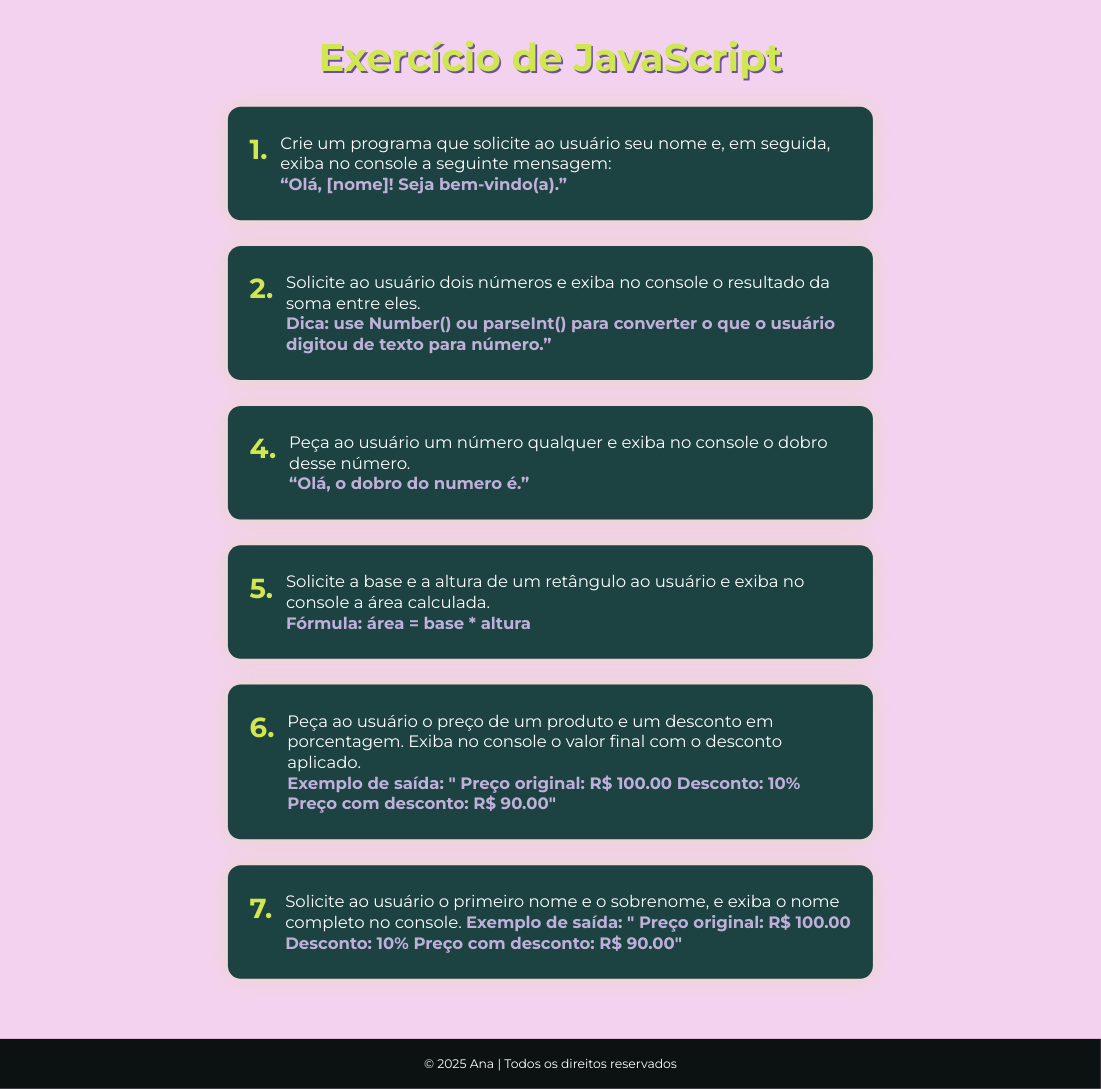
Repository: Anajaraa/atividadeJS
Page: index.html
An editor plug-in stored every save of this project. The page is shown before and after the next save, followed by the edit.
The browser window is 1280 px wide. The pictures show the whole page, at 86% of full size.
Some web fonts or font styles are not loaded; a fallback is used.

Above is the page before, as saved 2025-08-05 12:14:54.

### index.html
<!DOCTYPE html>
<html lang="pt-br">
<head>
  <meta charset="UTF-8" />
  <meta name="viewport" content="width=device-width, initial-scale=1.0" />
  <title>Exercícios de JavaScript</title>
  <link rel="stylesheet" href="style.css" />
</head>
<body>
    <main class="container">
    <h1>Exercício de JavaScript</h1>
    <section class="card">
      <p class="numero">1.</p>
      <p class="descricao">
        Crie um programa que solicite ao usuário seu nome e, em seguida, exiba no console a seguinte mensagem: <br>
        <strong>“Olá, [nome]! Seja bem-vindo(a).”</strong>
      </p>
    </section>
    <section class="card">
      <p class="numero">2.</p>
      <p class="descricao">
        Solicite ao usuário dois números e exiba no console o resultado da soma entre eles.
  <br>
        <strong>Dica: use Number() ou parseInt() para converter o que o usuário digitou de texto para número.”</strong>
      </p>
    </section>

     <section class="card">
      <p class="numero">4.</p>
      <p class="descricao">
        Peça ao usuário um número qualquer e exiba no console o dobro desse número.
  <br>
        <strong>“Olá, o dobro do numero é.”</strong>
      </p>
    </section>

     <section class="card">
      <p class="numero">5.</p>
      <p class="descricao">
        Solicite a base e a altura de um retângulo ao usuário e exiba no console a área calculada.
  <br>
        <strong>Fórmula: área = base * altura</strong>
      </p>
    </section>

     <section class="card">
      <p class="numero">6.</p>
      <p class="descricao">
        Peça ao usuário o preço de um produto e um desconto em porcentagem. Exiba no console o valor final com o desconto aplicado.
  <br>
        <strong>Exemplo de saída:
" Preço original: R$ 100.00
  Desconto: 10%
  Preço com desconto: R$ 90.00"</strong>
      </p>
    </section>

    <section class="card">
      <p class="numero">7.</p>
      <p class="descricao">
        Solicite ao usuário o primeiro nome e o sobrenome, e exiba o nome completo no console.
        <strong>Exemplo de saída:
" Preço original: R$ 100.00
  Desconto: 10%
  Preço com desconto: R$ 90.00"</strong>
      </p>
    </section>

  </main>

  <footer>
    © 2025 Ana | Todos os direitos reservados
  </footer>
</body>
<script src="script.js"></script>
</html>

### style.css

@import url('https://fonts.googleapis.com/css2?family=Montserrat:ital,wght@0,100..900;1,100..900&family=Sofia&display=swap');
/* Reset básico */
/* Reset */
* {
  margin: 0;
  padding: 0;
  box-sizing: border-box;
}

body {
  font-family: "Montserrat", sans-serif;
  background-color: #f3d2f0;
  color: #ffffff;
  display: flex;
  flex-direction: column;
  min-height: 100vh;
}

.container {
  flex: 1;
  display: flex;
  flex-direction: column;
  align-items: center;
  justify-content: center;
  padding: 40px 20px;
  text-align: center;
}

h1 {
  font-size: 2.8rem;
  margin-bottom: 30px;
  color: #d1e751;
  text-shadow: 2px 2px #6d51a0;
}

.card {
  background-color: #1d4242;
  padding: 30px 25px;
  border-radius: 15px;
  max-width: 750px;
  width: 90%;
  box-shadow: 0 0 25px rgba(209, 231, 81, 0.3);
  display: flex;
  gap: 15px;
  align-items: flex-start;
  margin-bottom: 30px; /* <<< AQUI ESTÁ A MÁGICA */
}

.numero {
  font-size: 2rem;
  color: #d1e751;
  font-weight: bold;
}

.descricao {
  font-size: 1.2rem;
  color: #ffffff;
  text-align: left;
}

.descricao strong {
  color: #bfb0da;
  font-weight: bold;
}

footer {
  text-align: center;
  padding: 20px;
  font-size: 0.9rem;
  background-color: #0c1111;
  color: #ffffff;
}

### script.js


//RESPOSTA Exercício 1
//const nome = prompt("Digite seu nome:");
//alert(`Olá, ${nome}! Seja bem-vindo(a).`);

//RESPOSTA Exercício 2
//const num1 = prompt("Digite um número:");
//const num2 = prompt("Digite outro número:");
//const soma = parseInt(num1) + parseInte(num2);
//alert(`A soma dos números é: ${soma}`);

//RESPOSTA Exercício 4
//onst num = prompt("Digite um número:");
//const doub = parseInt(num) * 2;
//alert(`O dobro do número é: ${doub}`);


//RESPOSTA Exercício 5

//const base =  prompt("Digite a base:");
//const altura = prompt("Digite a altura:");
//const area = parseFloat(base) * parseFloat(altura);
//console.log(`A área do retângulo é: ${area}`);

//RESPOSTA Exercício 6
// const preco = prompt("Digite o preço do produto:");
// const desconto = prompt("Digite o desconto em porcentagem:");
// const precoDesconto = parseFloat(preco) - (parseFloat(preco) * parseFloat(desconto) / 100);
// console.log(`O preço com desconto é: ${precoDesconto}`);

//RESPOSTA Exercício 7

After the next save:
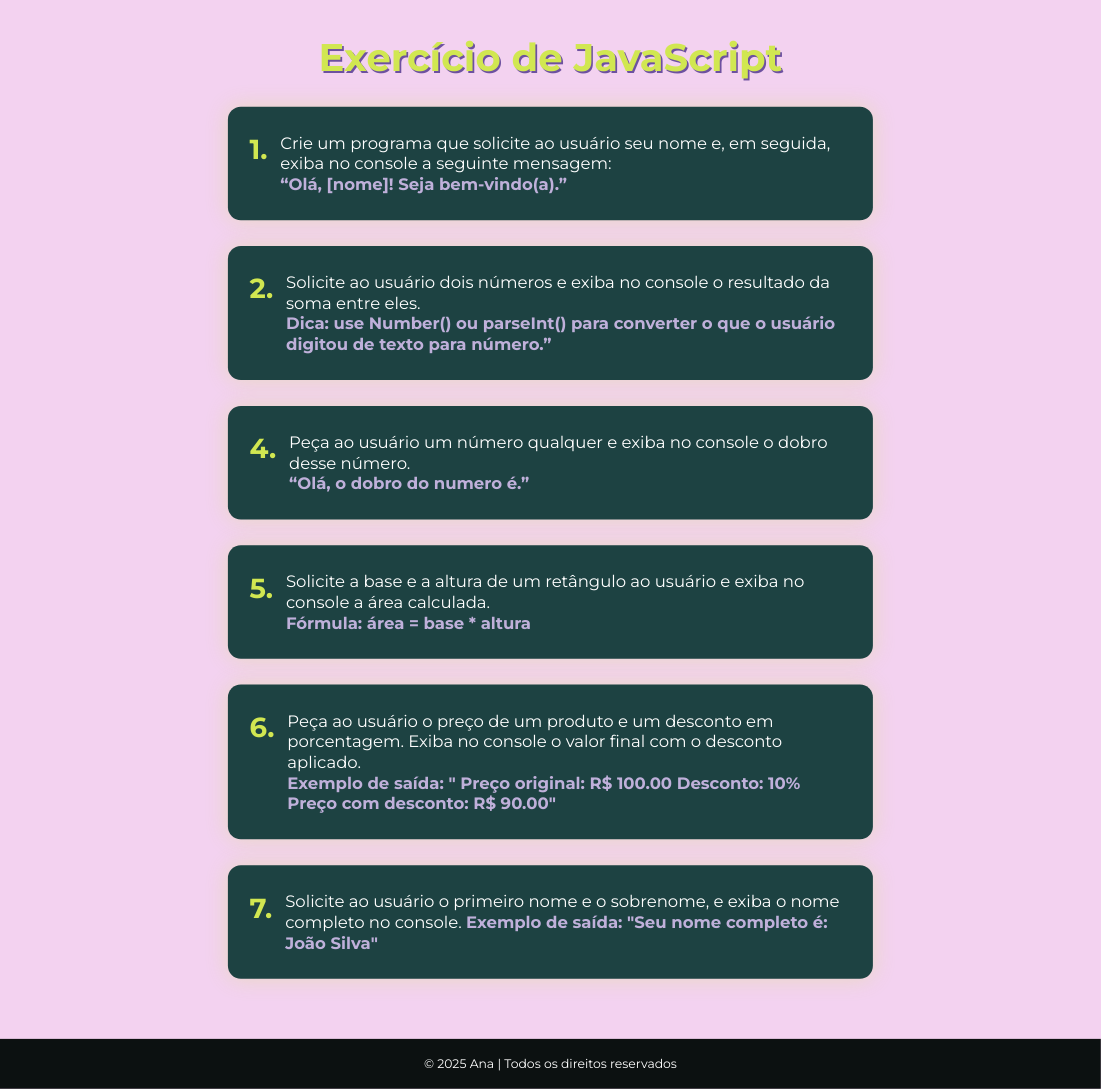
Saved 21 s later.
--- a/index.html
+++ b/index.html
@@ -60,9 +60,7 @@
       <p class="descricao">
         Solicite ao usuário o primeiro nome e o sobrenome, e exiba o nome completo no console.
         <strong>Exemplo de saída:
-" Preço original: R$ 100.00
-  Desconto: 10%
-  Preço com desconto: R$ 90.00"</strong>
+"Seu nome completo é: João Silva"</strong>
       </p>
     </section>
 
